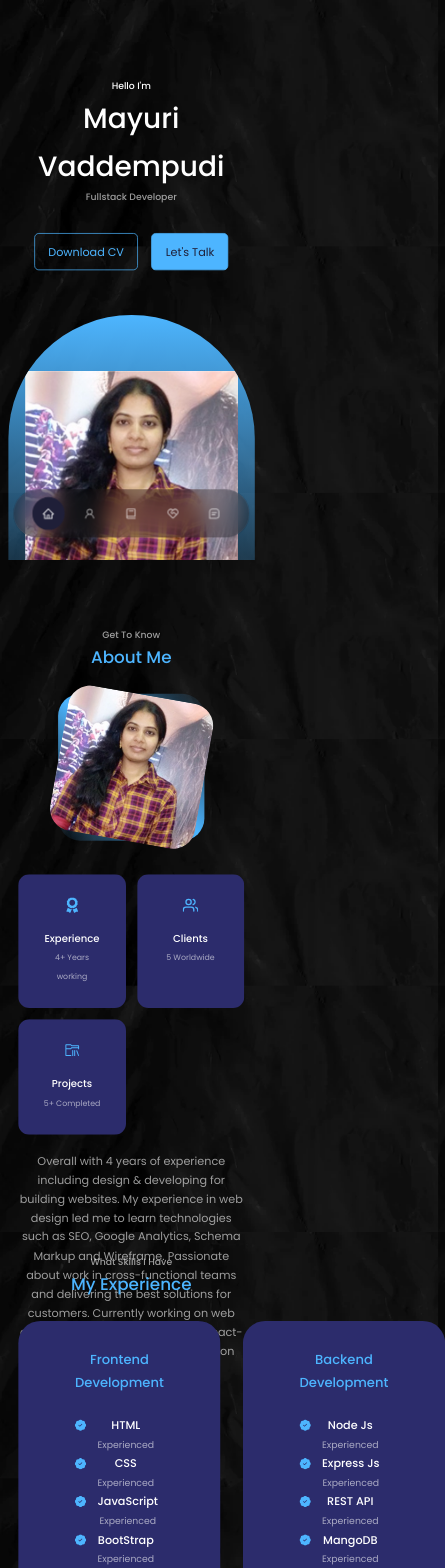
Repository: mayuri2018/Mr_react_portfolio
Page: /
An editor plug-in stored every save of this project. The page is shown before and after the next save, followed by the edit.
The browser window is 375 px wide. The page is 636 px wide, then 375 px, so the pictures cover 636 px, including what lies to the right of the window. The pictures show the part of the page from y = 0 to 2240 px (the page is 6203 px tall), at 70% of full size.
The project was rebuilt for these pictures with package versions that can differ from the ones it lists, and the page was loaded fresh each time. Also part of the build but not shown: src/components/services/services.css, src/components/portfolio/portfolio.css, src/components/testimonials/testimonials.css, src/components/contact/contact.css, src/components/footer/footer.css.

Above is the page before, as saved 2023-01-25 14:30:24.

After the next save:
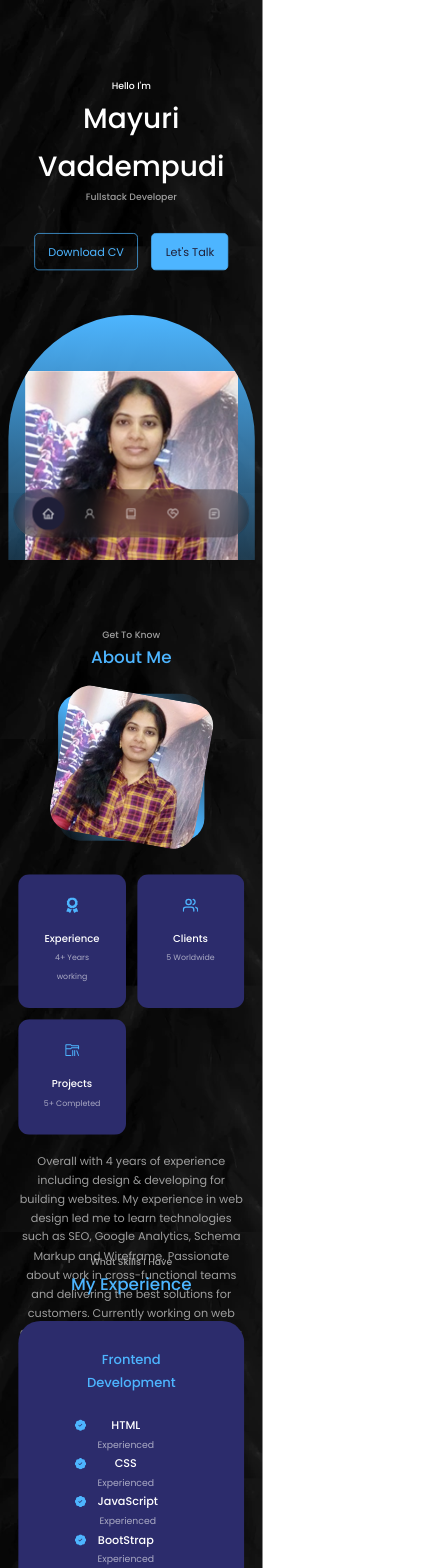
Saved 74 s later.
--- a/src/components/experience/experience.css
+++ b/src/components/experience/experience.css
@@ -35,3 +35,28 @@
     margin-top: 6px;
     color: var(--color-primary);
 }
+
+/*----------Media Queries (Medium devices)-----*/
+@media screen and (max-width: 1024px){
+    .experience_container{
+        grid-template-columns: 1fr;
+    }
+
+  }
+  /*----------Media Queries (small devices)-----*/
+  @media screen and (max-width: 600px){
+    .about_me{
+        width: 65%;
+        margin: 0 auto 3rem;
+    }
+    .about_cards{
+        grid-template-columns: 1fr 1fr;
+        gap:1rem ;
+    }
+    .about_content{
+        text-align: center;
+    }
+    .about_content p{
+        margin: 1.5rem 0;
+    }
+  }
